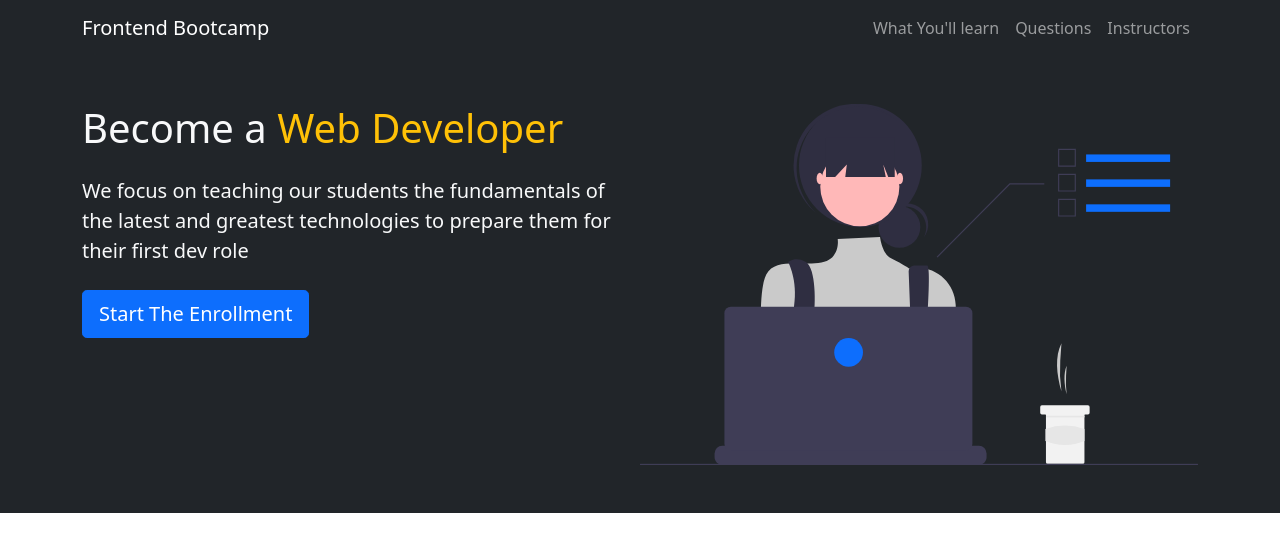
Repository: Marhamat92/Bootstrap5-Responsive-Website-
Page: index.html
An editor plug-in stored every save of this project. The page is shown before and after the next save, followed by the edit.
The browser window is 1280 px wide. The pictures show the whole page.

Above is the page before, as saved 2021-09-18 16:19:19.

### index.html
<!DOCTYPE html>
<html lang="en">

<head>
    <meta charset="UTF-8">
    <meta http-equiv="X-UA-Compatible" content="IE=edge">
    <meta name="viewport" content="width=device-width, initial-scale=1.0">
    <link href="https://cdn.jsdelivr.net/npm/bootstrap@5.0.2/dist/css/bootstrap.min.css" rel="stylesheet"
        integrity="sha384-EVSTQN3/azprG1Anm3QDgpJLIm9Nao0Yz1ztcQTwFspd3yD65VohhpuuCOmLASjC" crossorigin="anonymous">
    <link rel="stylesheet" href="style.css">
    <title>Frontend Bootcamp</title>

</head>

<body>
    <!--Navbar-->
    <nav class="navbar navbar-expand-lg bg-dark navbar-dark">
        <div class="container">
            <a href="#" class="navbar-brand">Frontend Bootcamp</a>
            <button class="navbar-toggler" type="button" data-bs-toggle="collapse" data-bs-target="#navmenu">
                <span class="navbar-toggler-icon"></span>
            </button>
            <div class="collapse navbar-collapse" id="navmenu">
                <ul class="navbar-nav ms-auto">
                    <li class="nav-item">
                        <a href="#learn" class="nav-link">What You'll learn</a>
                    </li>
                    <li class="nav-item">
                        <a href="#questions" class="nav-link">Questions</a>
                    </li>
                    <li class="nav-item">
                        <a href="#instructors" class="nav-link">Instructors</a>
                    </li>
                </ul>
            </div>
        </div>
    </nav>

<!--Showcase-->

<section class="bg-dark text-light p-5 text-center text-sm-start">
    <div class="container">
      <div class="d-sm-flex">
          <div>
              <h1>Become a <span class="text-warning">Web Developer</span> </h1>
              <p class="lead my-4">We focus on teaching our students the fundamentals of the latest and
                  greatest technologies to prepare them for their first dev role
              </p>
              <button class="btn btn-primary btn-lg">Start The Enrollment</button>
          </div>
          <img class="img-fluid w-50 d-none d-sm-block" src="img/showcase.svg" alt="showcase">
      </div>
    </div>
</section>
























    <script src="https://cdn.jsdelivr.net/npm/bootstrap@5.0.2/dist/js/bootstrap.bundle.min.js"
        integrity="sha384-MrcW6ZMFYlzcLA8Nl+NtUVF0sA7MsXsP1UyJoMp4YLEuNSfAP+JcXn/tWtIaxVXM" crossorigin="anonymous">
    </script>
</body>

</html>

Loaded but not shown: style.css (no copy from this time; the picture is the same without it)

After the next save:
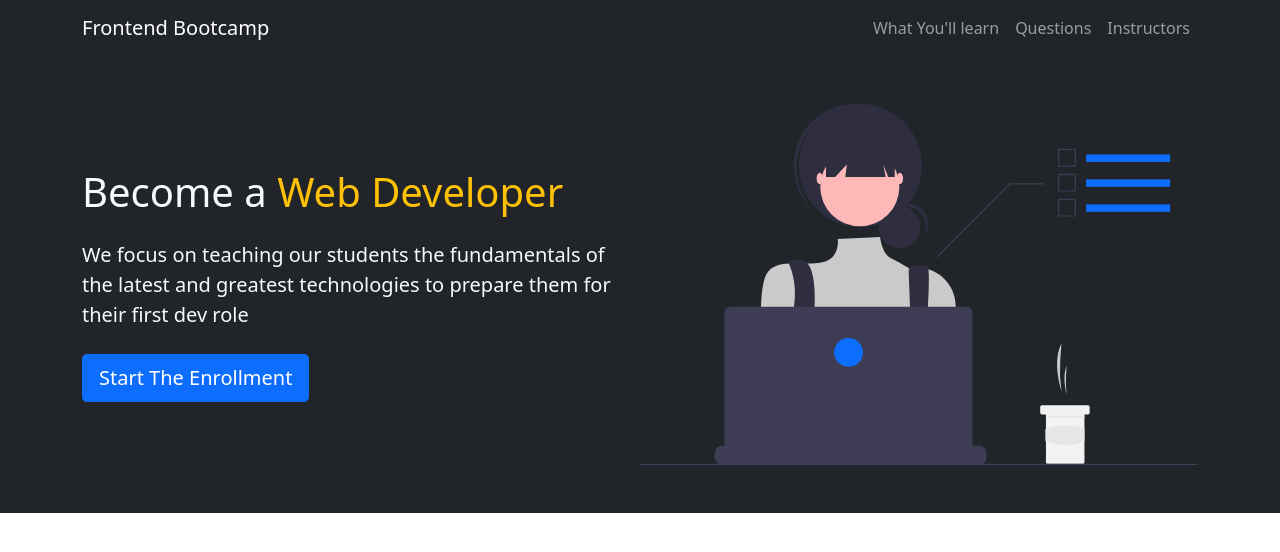
Saved 4 min 51 s later.
--- a/index.html
+++ b/index.html
@@ -40,7 +40,7 @@
 
 <section class="bg-dark text-light p-5 text-center text-sm-start">
     <div class="container">
-      <div class="d-sm-flex">
+      <div class="d-sm-flex align-items-center">
           <div>
               <h1>Become a <span class="text-warning">Web Developer</span> </h1>
               <p class="lead my-4">We focus on teaching our students the fundamentals of the latest and
